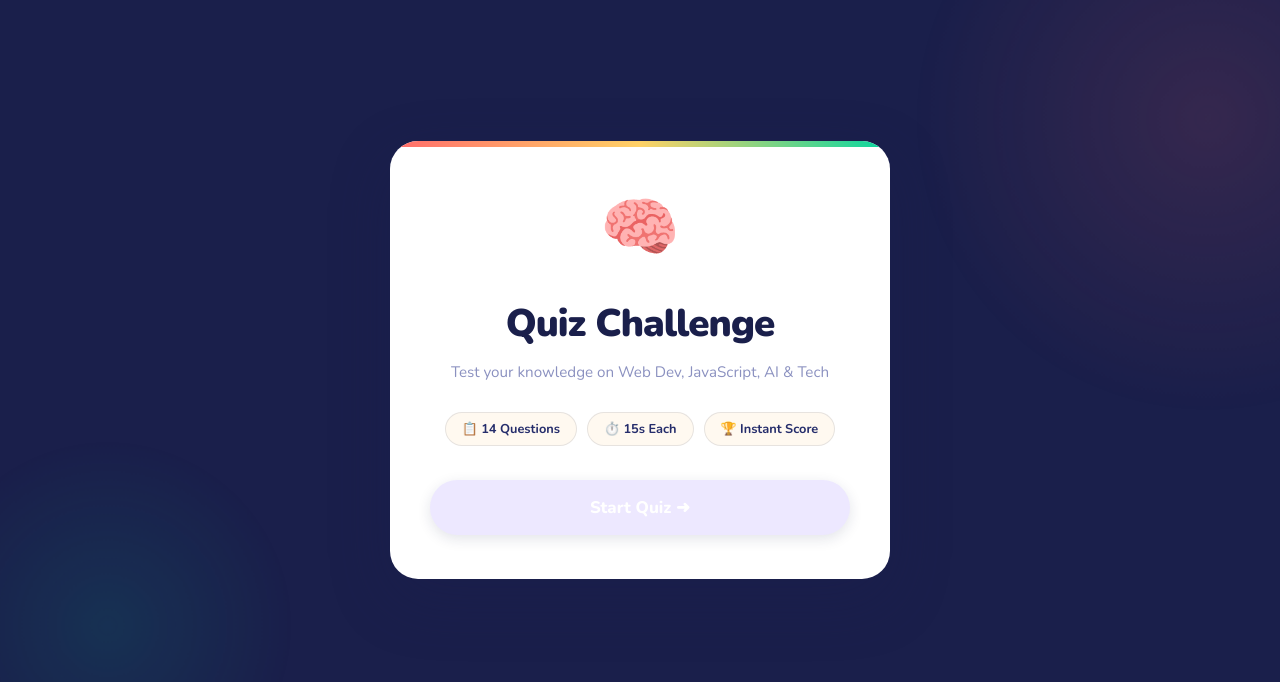
Repository: fatimaqueen9967-eng/SyntacexhubQuizApp
Page: index.html
The author's editor kept a copy of each file at every save. The page is drawn from the files as they stood at one save, then again after a run of saves.
The browser window is 1280 px wide. The pictures show the whole page.
The pointer rests on the first visible `.btn-main`.

Above is the page before, as saved 2026-03-15 16:14:16.

### index.html
<!DOCTYPE html>
<html lang="en">
<head>
    <meta charset="UTF-8">
    <meta name="viewport" content="width=device-width, initial-scale=1.0">
    <title>Quiz App</title>
    <link rel="preconnect" href="https://fonts.googleapis.com">
    <link href="https://fonts.googleapis.com/css2?family=Nunito:wght@400;600;700;800;900&display=swap" rel="stylesheet">
    <link rel="stylesheet" href="style.css">
</head>
<body>

    <!-- ========== SCREEN 1: START ========== -->
    <div id="start-screen" class="screen active">
        <div class="start-card">
            <div class="start-icon">🧠</div>
            <h1>Quiz Challenge</h1>
            <p class="start-sub">Test your knowledge on Web Dev, JavaScript, AI & Tech</p>
            <div class="start-badges">
                <div class="badge">📋 14 Questions</div>
                <div class="badge">⏱️ 15s Each</div>
                <div class="badge">🏆 Instant Score</div>
            </div>
            <button id="startBtn" class="btn-main">Start Quiz ➜</button>
        </div>
    </div>

    <!-- ========== SCREEN 2: QUIZ ========== -->
    <div id="quiz-screen" class="screen">
        <h1 class="quiz-heading">My Quiz App</h1>
        <div class="box" id="quiz-box">
            <div id="progress-bar-wrap">
                <div id="progress-bar"></div>
            </div>
            <div id="meta-row">
                <span id="q-counter">Question 1 / 14</span>
                <span id="timer">⏱ 15s</span>
            </div>
            <div class="question">
                <p id="question-text">Loading...</p>
            </div>
            <div class="options" id="options-container"></div>
            <p id="feedback"></p>
            <button id="nextBtn" style="display:none;">Next →</button>
        </div>
    </div>

    <!-- ========== SCREEN 3: RESULT ========== -->
    <div id="result-screen" class="screen">
        <div class="result-card">
            <div class="result-trophy" id="result-trophy">🏆</div>
            <h2 class="result-title" id="result-title">Excellent!</h2>
            <p class="result-sub" id="result-sub">You really know your stuff!</p>

            <div class="score-ring-wrap">
                <svg class="score-svg" viewBox="0 0 120 120">
                    <defs>
                        <linearGradient id="scoreGrad" x1="0%" y1="0%" x2="100%" y2="100%">
                            <stop offset="0%"   stop-color="#ff6b6b"/>
                            <stop offset="50%"  stop-color="#ffd166"/>
                            <stop offset="100%" stop-color="#06d6a0"/>
                        </linearGradient>
                    </defs>
                    <circle class="ring-bg"   cx="60" cy="60" r="50"/>
                    <circle class="ring-fill" id="ring-fill" cx="60" cy="60" r="50"/>
                </svg>
                <div class="score-center">
                    <span class="score-num" id="score-num">0</span>
                    <span class="score-den">/14</span>
                </div>
            </div>

            <div class="result-stats">
                <div class="stat-box stat-correct">
                    <span class="stat-icon">✅</span>
                    <span class="stat-num" id="st-correct">0</span>
                    <span class="stat-lbl">Correct</span>
                </div>
                <div class="stat-box stat-wrong">
                    <span class="stat-icon">❌</span>
                    <span class="stat-num" id="st-wrong">0</span>
                    <span class="stat-lbl">Wrong</span>
                </div>
                <div class="stat-box stat-pct">
                    <span class="stat-icon">📊</span>
                    <span class="stat-num" id="st-pct">0%</span>
                    <span class="stat-lbl">Score</span>
                </div>
            </div>

            <p class="result-msg" id="result-msg"></p>

            <div class="result-btns">
                <button id="restartBtn" class="btn-main">🔄 Play Again</button>
            </div>
        </div>
    </div>

    <script src="script.js"></script>
</body>
</html>

### style.css
@import url('https://fonts.googleapis.com/css2?family=Nunito:wght@400;600;700;800;900&display=swap');

*, *::before, *::after {
    box-sizing: border-box;
    margin: 0;
    padding: 0;
}

:root {
    --navy:        #1a1f4b;
    --navy-mid:    #252d6b;
    --navy-light:  #3a4490;
    --coral:       #ff6b6b;
    --coral-dark:  #e05555;
    --coral-light: #ff9a9a;
    --cream:       #fff9f0;
    --gold:        #ffd166;
    --gold-dark:   #f5b800;
    --mint:        #06d6a0;
    --mint-dark:   #05b887;
    --text-dark:   #1a1f4b;
    --text-mid:    #4a5180;
    --text-muted:  #8b91c0;
    --white:       #ffffff;
    --shadow-deep: 0 20px 60px rgba(26,31,75,0.3);
    --radius-sm:   10px;
    --radius-md:   18px;
    --radius-lg:   28px;
}

body {
    font-family: 'Nunito', sans-serif;
    background: var(--navy);
    min-height: 100vh;
    display: flex;
    align-items: center;
    justify-content: center;
    padding: 20px;
    overflow-x: hidden;
    position: relative;
}

body::before {
    content: '';
    position: fixed;
    width: 600px; height: 600px;
    background: radial-gradient(circle, rgba(255,107,107,0.12) 0%, transparent 65%);
    top: -200px; right: -200px;
    border-radius: 50%;
    pointer-events: none;
    animation: bgFloat 8s ease-in-out infinite alternate;
}
body::after {
    content: '';
    position: fixed;
    width: 400px; height: 400px;
    background: radial-gradient(circle, rgba(6,214,160,0.1) 0%, transparent 65%);
    bottom: -100px; left: -100px;
    border-radius: 50%;
    pointer-events: none;
    animation: bgFloat 10s ease-in-out infinite alternate-reverse;
}
@keyframes bgFloat {
    from { transform: translate(0,0) scale(1); }
    to   { transform: translate(30px,20px) scale(1.08); }
}

/* SCREENS */
.screen {
    position: fixed;
    inset: 0;
    display: flex;
    flex-direction: column;
    align-items: center;
    justify-content: center;
    padding: 20px;
    opacity: 0;
    pointer-events: none;
    transition: opacity 0.45s ease;
    z-index: 10;
    overflow-y: auto;
}
.screen.active {
    opacity: 1;
    pointer-events: all;
}

/* START CARD */
.start-card {
    background: var(--white);
    border-radius: var(--radius-lg);
    padding: 52px 40px 44px;
    text-align: center;
    max-width: 440px;
    width: 100%;
    box-shadow: var(--shadow-deep);
    animation: popIn 0.7s cubic-bezier(0.16,1,0.3,1) both;
    position: relative;
    overflow: hidden;
}
.start-card::before {
    content: '';
    position: absolute;
    top: 0; left: 0; right: 0;
    height: 6px;
    background: linear-gradient(90deg, var(--coral), var(--gold), var(--mint));
}

.start-icon {
    font-size: 4rem;
    display: block;
    margin-bottom: 16px;
    animation: bounce 1.8s ease-in-out infinite;
}
@keyframes bounce {
    0%,100% { transform: translateY(0); }
    50%      { transform: translateY(-10px); }
}

.start-card h1 {
    font-size: 2.4rem;
    font-weight: 900;
    color: var(--navy);
    letter-spacing: -1px;
    margin-bottom: 10px;
}
.start-sub {
    color: var(--text-muted);
    font-size: 0.95rem;
    line-height: 1.6;
    margin-bottom: 28px;
}
.start-badges {
    display: flex;
    justify-content: center;
    gap: 10px;
    flex-wrap: wrap;
    margin-bottom: 34px;
}
.badge {
    background: var(--cream);
    color: var(--navy-mid);
    border: 1.5px solid rgba(26,31,75,0.1);
    padding: 7px 16px;
    border-radius: 50px;
    font-size: 0.8rem;
    font-weight: 700;
}

/* MAIN BUTTON */
.btn-main {
    display: inline-flex;
    align-items: center;
    justify-content: center;
    gap: 8px;
    width: 100%;
    padding: 16px 32px;
    background: linear-gradient(135deg, var(--coral), var(--coral-dark));
    color: var(--white);
    border: none;
    border-radius: 50px;
    font-family: 'Nunito', sans-serif;
    font-size: 1.05rem;
    font-weight: 800;
    cursor: pointer;
    box-shadow: 0 8px 24px rgba(255,107,107,0.45);
    transition: transform 0.25s ease, box-shadow 0.25s ease;
}
.btn-main:hover {
    transform: translateY(-3px);
    box-shadow: 0 14px 32px rgba(255,107,107,0.55);
}
.btn-main:active { transform: translateY(0); }

/* QUIZ SCREEN */
.quiz-heading {
    font-size: 1.5rem;
    font-weight: 900;
    color: var(--white);
    margin-bottom: 18px;
    letter-spacing: -0.5px;
}
.box {
    background: var(--white);
    color: var(--text-dark);
    padding: 28px 24px;
    border-radius: var(--radius-md);
    width: 100%;
    max-width: 460px;
    overflow-wrap: anywhere;
    box-shadow: var(--shadow-deep);
    border-top: 6px solid var(--coral);
}

#progress-bar-wrap {
    background: #ede8ff;
    border-radius: 50px;
    height: 8px;
    margin-bottom: 14px;
    overflow: hidden;
}
#progress-bar {
    height: 100%;
    background: linear-gradient(90deg, var(--coral), var(--gold));
    border-radius: 50px;
    width: 0%;
    transition: width 0.5s ease;
    box-shadow: 0 0 8px rgba(255,107,107,0.4);
}

#meta-row {
    display: flex;
    justify-content: space-between;
    align-items: center;
    margin-bottom: 18px;
    font-size: 0.82rem;
    font-weight: 700;
    color: var(--text-mid);
}
#timer {
    background: #fff0f0;
    border: 1.5px solid var(--coral-light);
    color: var(--coral-dark);
    padding: 4px 14px;
    border-radius: 50px;
    font-weight: 800;
    font-size: 0.8rem;
    transition: all 0.3s;
}
#timer.urgent {
    background: var(--coral);
    color: var(--white);
    border-color: var(--coral);
    animation: timerPulse 0.5s ease infinite alternate;
}
@keyframes timerPulse {
    from { transform: scale(1); }
    to   { transform: scale(1.08); }
}

.question { margin-bottom: 16px; }
.question p {
    font-size: 1.05rem;
    font-weight: 700;
    color: var(--navy);
    line-height: 1.65;
}
.options {
    display: flex;
    flex-direction: column;
    gap: 8px;
    margin-bottom: 16px;
}

button {
    background: var(--cream);
    color: var(--navy);
    padding: 12px 16px;
    margin: 0;
    border: 2px solid rgba(26,31,75,0.1);
    border-radius: var(--radius-sm);
    cursor: pointer;
    font-family: 'Nunito', sans-serif;
    font-size: 0.88rem;
    font-weight: 700;
    text-align: left;
    width: 100%;
    transition: background 0.2s, transform 0.18s, box-shadow 0.2s, border-color 0.2s;
    animation: fadeSlideUp 0.3s ease both;
}
button:nth-child(1) { animation-delay: 0.04s; }
button:nth-child(2) { animation-delay: 0.09s; }
button:nth-child(3) { animation-delay: 0.14s; }
button:nth-child(4) { animation-delay: 0.19s; }

button:hover:not(:disabled) {
    background: #ede8ff;
    border-color: var(--navy-light);
    transform: translateX(5px);
    box-shadow: 0 4px 14px rgba(26,31,75,0.12);
}
button.correct {
    background: #d4f7e8 !important;
    border-color: var(--mint) !important;
    color: #047857 !important;
    animation: correctPop 0.35s ease both;
}
button.wrong {
    background: #ffe5e5 !important;
    border-color: var(--coral) !important;
    color: var(--coral-dark) !important;
    animation: wrongShake 0.4s ease both;
}
button:disabled { cursor: not-allowed; opacity: 0.9; }

#feedback {
    font-size: 0.85rem;
    font-weight: 700;
    min-height: 22px;
    margin-bottom: 10px;
    color: var(--text-muted);
}
#feedback.ok      { color: var(--mint-dark); }
#feedback.err     { color: var(--coral-dark); }
#feedback.timeout { color: var(--gold-dark); }

#nextBtn {
    background: linear-gradient(135deg, var(--navy), var(--navy-light));
    color: var(--white);
    padding: 12px 28px;
    border: none;
    border-radius: 50px;
    font-family: 'Nunito', sans-serif;
    font-size: 0.92rem;
    font-weight: 800;
    width: 100%;
    text-align: center;
    cursor: pointer;
    box-shadow: 0 6px 18px rgba(26,31,75,0.3);
    transition: transform 0.2s, box-shadow 0.2s;
    animation: fadeIn 0.3s ease both;
}
#nextBtn:hover {
    transform: translateY(-2px);
    box-shadow: 0 10px 26px rgba(26,31,75,0.4);
}

/* RESULT SCREEN */
.result-card {
    background: var(--white);
    border-radius: var(--radius-lg);
    padding: 44px 36px 40px;
    text-align: center;
    max-width: 440px;
    width: 100%;
    box-shadow: var(--shadow-deep);
    animation: popIn 0.7s cubic-bezier(0.16,1,0.3,1) both;
    position: relative;
    overflow: hidden;
}
.result-card::before {
    content: '';
    position: absolute;
    top: 0; left: 0; right: 0;
    height: 6px;
    background: linear-gradient(90deg, var(--gold), var(--coral), var(--mint));
}
.result-trophy {
    font-size: 4rem;
    display: block;
    margin-bottom: 10px;
    animation: trophyBounce 0.7s cubic-bezier(0.36,0.07,0.19,0.97) both 0.2s;
}
@keyframes trophyBounce {
    0%   { transform: scale(0) rotate(-15deg); opacity: 0; }
    60%  { transform: scale(1.25) rotate(5deg); }
    80%  { transform: scale(0.9) rotate(-3deg); }
    100% { transform: scale(1) rotate(0deg); opacity: 1; }
}
.result-title {
    font-size: 2rem;
    font-weight: 900;
    color: var(--navy);
    margin-bottom: 4px;
    letter-spacing: -0.5px;
}
.result-sub {
    color: var(--text-muted);
    font-size: 0.92rem;
    margin-bottom: 26px;
}

/* Score Ring */
.score-ring-wrap {
    position: relative;
    width: 150px; height: 150px;
    margin: 0 auto 28px;
}
.score-svg {
    width: 100%; height: 100%;
    transform: rotate(-90deg);
}
.ring-bg {
    fill: none;
    stroke: #f0eeff;
    stroke-width: 10;
}
.ring-fill {
    fill: none;
    stroke: url(#scoreGrad);
    stroke-width: 10;
    stroke-linecap: round;
    stroke-dasharray: 314;
    stroke-dashoffset: 314;
    transition: stroke-dashoffset 1.4s cubic-bezier(0.4,0,0.2,1) 0.3s;
}
.score-center {
    position: absolute;
    inset: 0;
    display: flex;
    align-items: center;
    justify-content: center;
    gap: 2px;
}
.score-num {
    font-size: 2.4rem;
    font-weight: 900;
    color: var(--navy);
    line-height: 1;
}
.score-den {
    font-size: 1rem;
    font-weight: 700;
    color: var(--text-muted);
    margin-top: 10px;
}

/* Stat Boxes */
.result-stats {
    display: flex;
    gap: 12px;
    margin-bottom: 20px;
    justify-content: center;
}
.stat-box {
    flex: 1;
    border-radius: var(--radius-sm);
    padding: 14px 10px;
    display: flex;
    flex-direction: column;
    align-items: center;
    gap: 4px;
    border: 2px solid transparent;
}
.stat-correct { background: #e8fdf4; border-color: #a7f3d0; }
.stat-wrong   { background: #fff1f1; border-color: #fecaca; }
.stat-pct     { background: #fff9e6; border-color: #fde68a; }
.stat-icon { font-size: 1.2rem; }
.stat-box .stat-num {
    font-size: 1.6rem;
    font-weight: 900;
    line-height: 1;
}
.stat-correct .stat-num { color: #059669; }
.stat-wrong   .stat-num { color: var(--coral-dark); }
.stat-pct     .stat-num { color: var(--gold-dark); }
.stat-lbl {
    font-size: 0.72rem;
    font-weight: 700;
    color: var(--text-muted);
    text-transform: uppercase;
    letter-spacing: 0.5px;
}
.result-msg {
    background: var(--cream);
    border-left: 4px solid var(--coral);
    color: var(--text-mid);
    font-size: 0.88rem;
    font-weight: 600;
    line-height: 1.55;
    padding: 12px 16px;
    border-radius: 0 var(--radius-sm) var(--radius-sm) 0;
    margin-bottom: 24px;
    text-align: left;
}
.result-btns { display: flex; gap: 12px; }

/* ANIMATIONS */
@keyframes popIn {
    from { opacity: 0; transform: scale(0.92) translateY(24px); }
    to   { opacity: 1; transform: scale(1) translateY(0); }
}
@keyframes fadeSlideUp {
    from { opacity: 0; transform: translateY(10px); }
    to   { opacity: 1; transform: translateY(0); }
}
@keyframes fadeIn {
    from { opacity: 0; }
    to   { opacity: 1; }
}
@keyframes correctPop {
    0%   { transform: scale(1); }
    40%  { transform: scale(1.04); }
    100% { transform: scale(1); }
}
@keyframes wrongShake {
    0%,100% { transform: translateX(0); }
    20%     { transform: translateX(-7px); }
    40%     { transform: translateX(7px); }
    60%     { transform: translateX(-4px); }
    80%     { transform: translateX(4px); }
}
.question p.slide-in {
    animation: fadeDown 0.35s ease both;
}
@keyframes fadeDown {
    from { opacity: 0; transform: translateY(-10px); }
    to   { opacity: 1; transform: translateY(0); }
}

/* MEDIA QUERIES */
@media (max-width: 600px) {
    .start-card, .result-card { padding: 38px 20px 32px; }
    .start-card h1 { font-size: 1.9rem; }
    .box { padding: 22px 16px; }
    .quiz-heading { font-size: 1.25rem; }
    .question p { font-size: 0.96rem; }
    button { font-size: 0.82rem; padding: 11px 14px; }
    #meta-row { font-size: 0.76rem; }
    .result-title { font-size: 1.6rem; }
    .score-ring-wrap { width: 130px; height: 130px; }
    .score-num { font-size: 2rem; }
    .stat-box { padding: 12px 8px; }
    .stat-box .stat-num { font-size: 1.3rem; }
}
@media (max-width: 380px) {
    body { padding: 12px; }
    .start-card h1 { font-size: 1.6rem; }
    .start-badges { flex-direction: column; align-items: center; }
}
@media (min-width: 900px) {
    .box, .start-card, .result-card { max-width: 500px; }
}

Loaded but not shown: script.js (209 lines, source omitted)

After the next 4 saves:
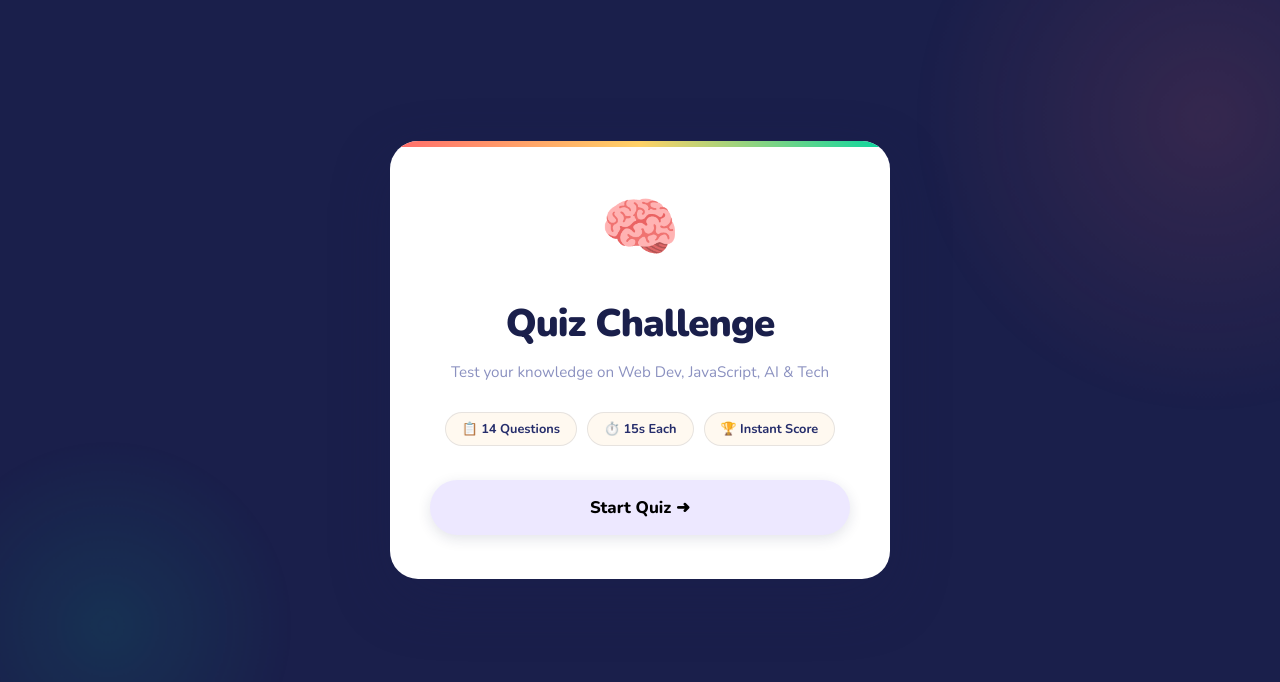
The 4 saves are shown as one change because they came seconds apart.
The last was saved 4 min 31 s later.
--- a/style.css
+++ b/style.css
@@ -169,6 +169,7 @@ body::after {
 .btn-main:hover {
     transform: translateY(-3px);
     box-shadow: 0 14px 32px rgba(255,107,107,0.55);
+    color:black;
 }
 .btn-main:active { transform: translateY(0); }
 
